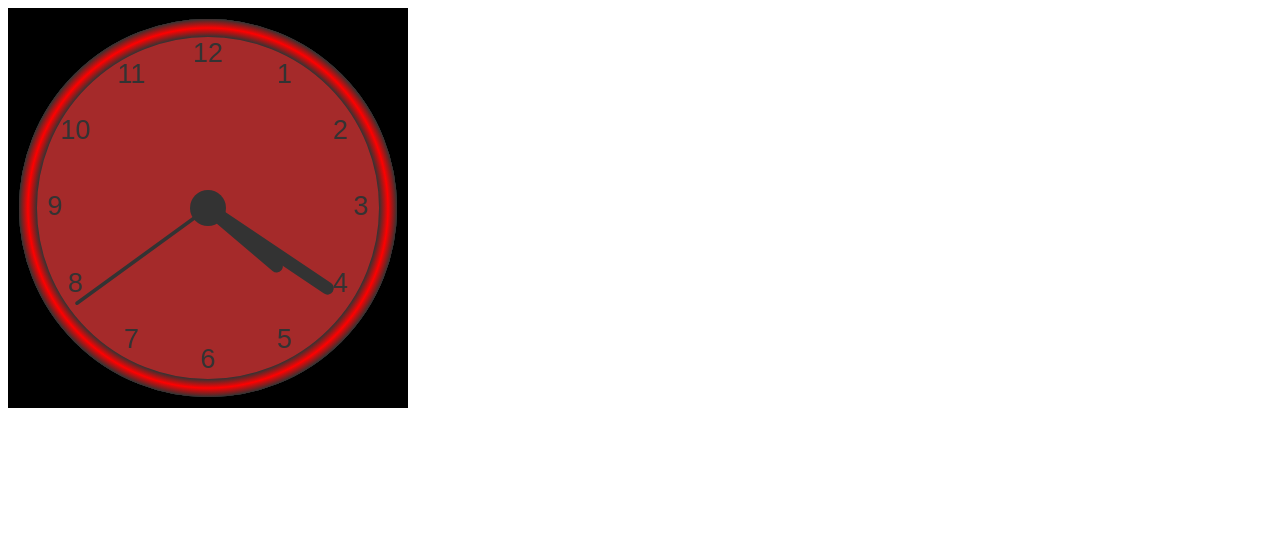
Repository: ManojAndroid/WellcomeToAndroidApp
Page: AddressBook_App/Canvas_Project/WebContent/Clock.html
These files come from the project's save history. The page is drawn as it stood at one moment and after the next save; the edit follows.
The browser window is 1280 px wide. The pictures show the whole page.

Above is the page before, as saved 2017-04-20 13:10:47.

After the next save:
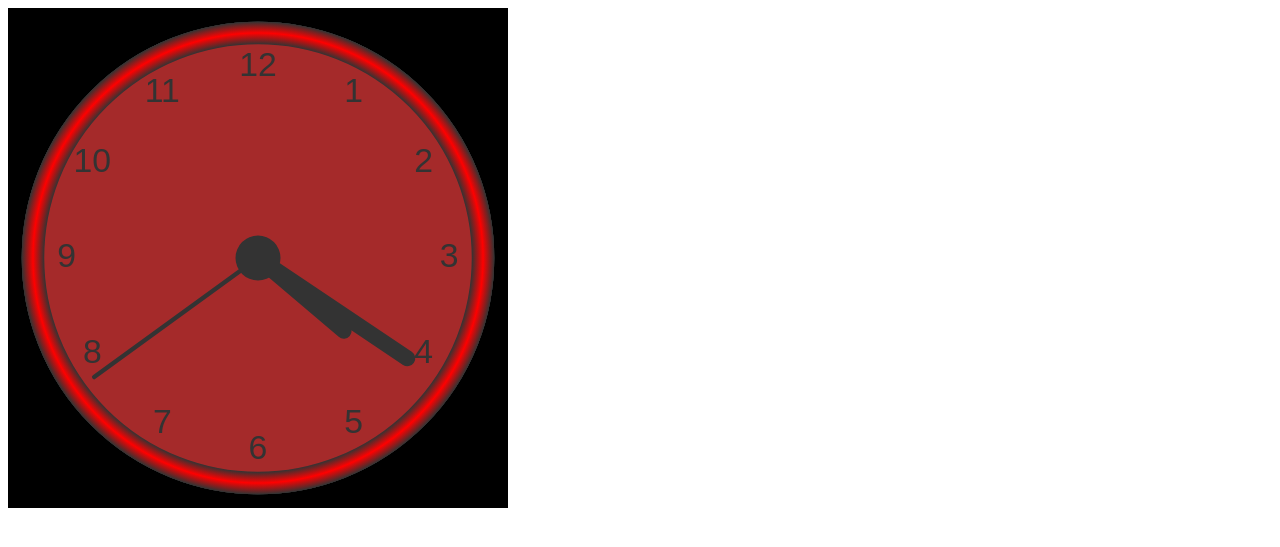
Saved 47 s later.
--- a/AddressBook_App/Canvas_Project/WebContent/Clock.html
+++ b/AddressBook_App/Canvas_Project/WebContent/Clock.html
@@ -2,7 +2,7 @@
 <html>
 <body>
 
-<canvas id="canvas" width="400" height="400"
+<canvas id="canvas" width="500" height="500"
 style="background-color:black">
 </canvas>
 
